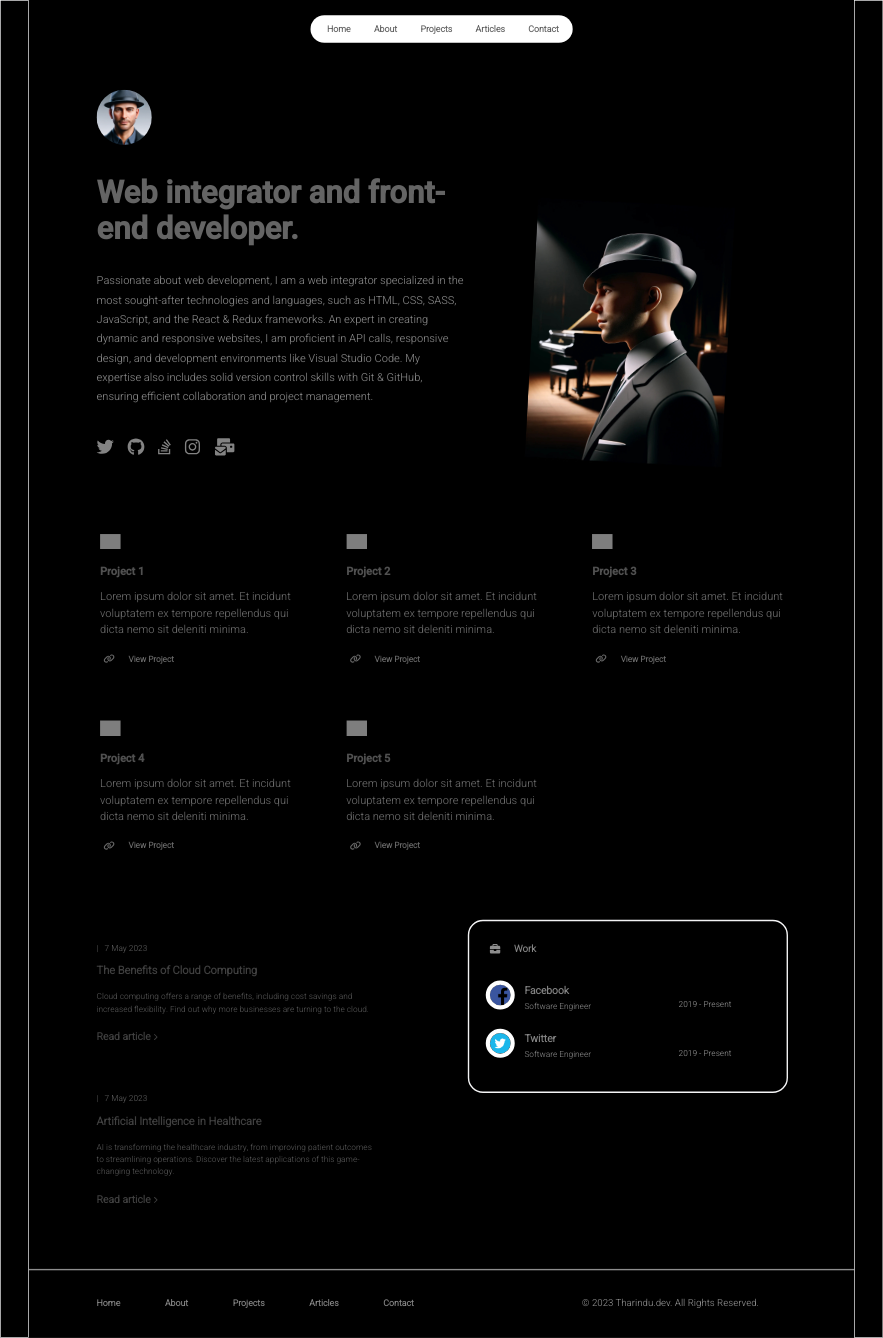
Repository: Dimple3377/reactfolio-master
Page: /
The author's editor kept a copy of each file at every save. The page is drawn from the files as they stood at one save, then again after the next save.
The browser window is 1280 px wide. The pictures show the whole page, at 69% of full size.
Pictures or frames that could not be fetched are drawn as grey boxes. The project was rebuilt for these pictures with package versions that can differ from the ones it lists, and the page was loaded fresh each time. Also part of the build but not shown: src/components/about/socials.jsx, src/pages/styles/about.css, src/pages/about.jsx, src/pages/styles/projects.css, src/pages/projects.jsx, src/components/articles/article.jsx, src/pages/styles/articles.css, src/pages/articles.jsx and 5 more.

Above is the page before, as saved 2024-04-24 02:20:59.

After the next save:
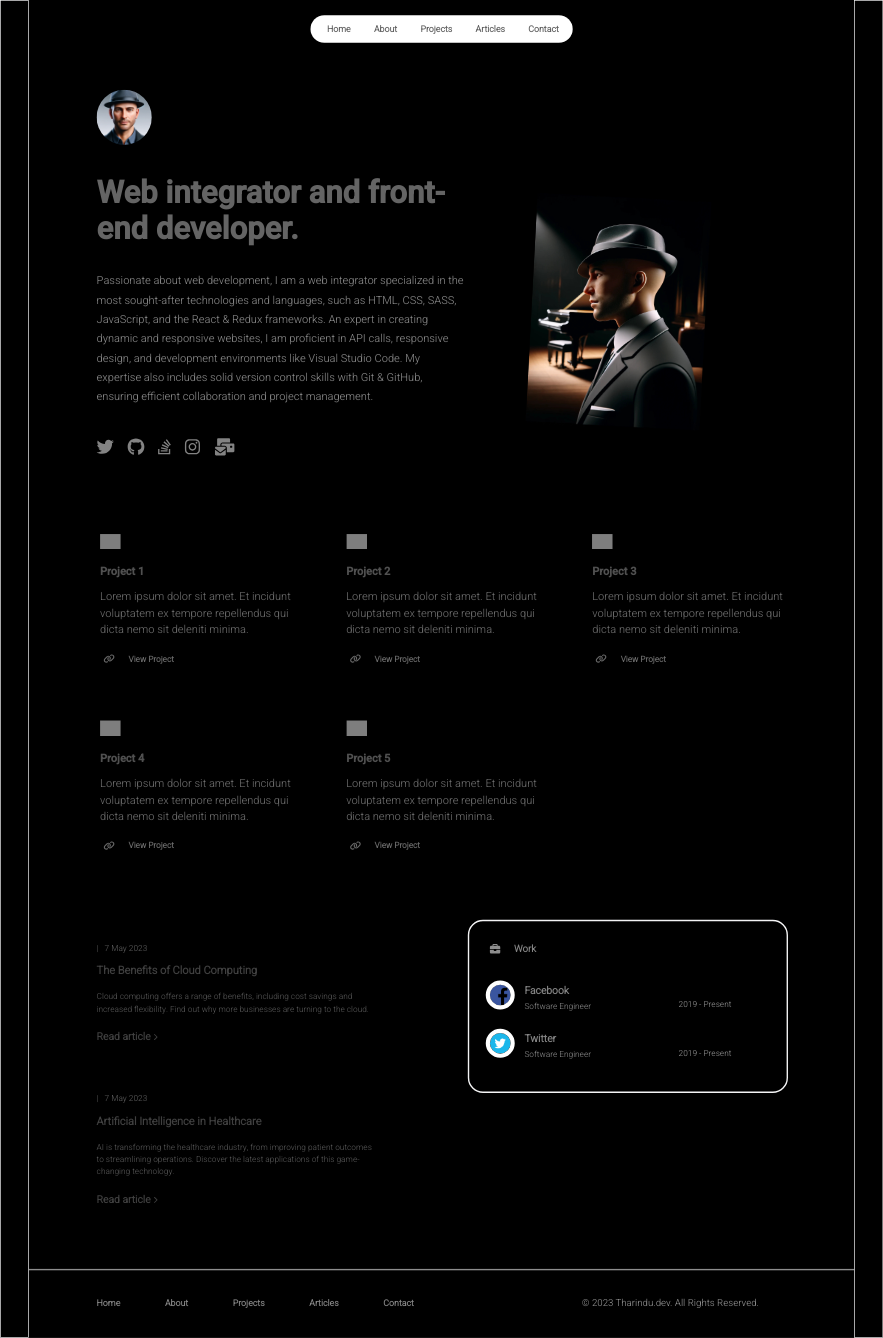
Saved 79 s later.
--- a/src/pages/styles/homepage.css
+++ b/src/pages/styles/homepage.css
@@ -48,7 +48,7 @@
 }
 
 .homepage-image-wrapper img {
-	width: 77%;
+	width: 68%;
 }
 
 .homepage-socials {
